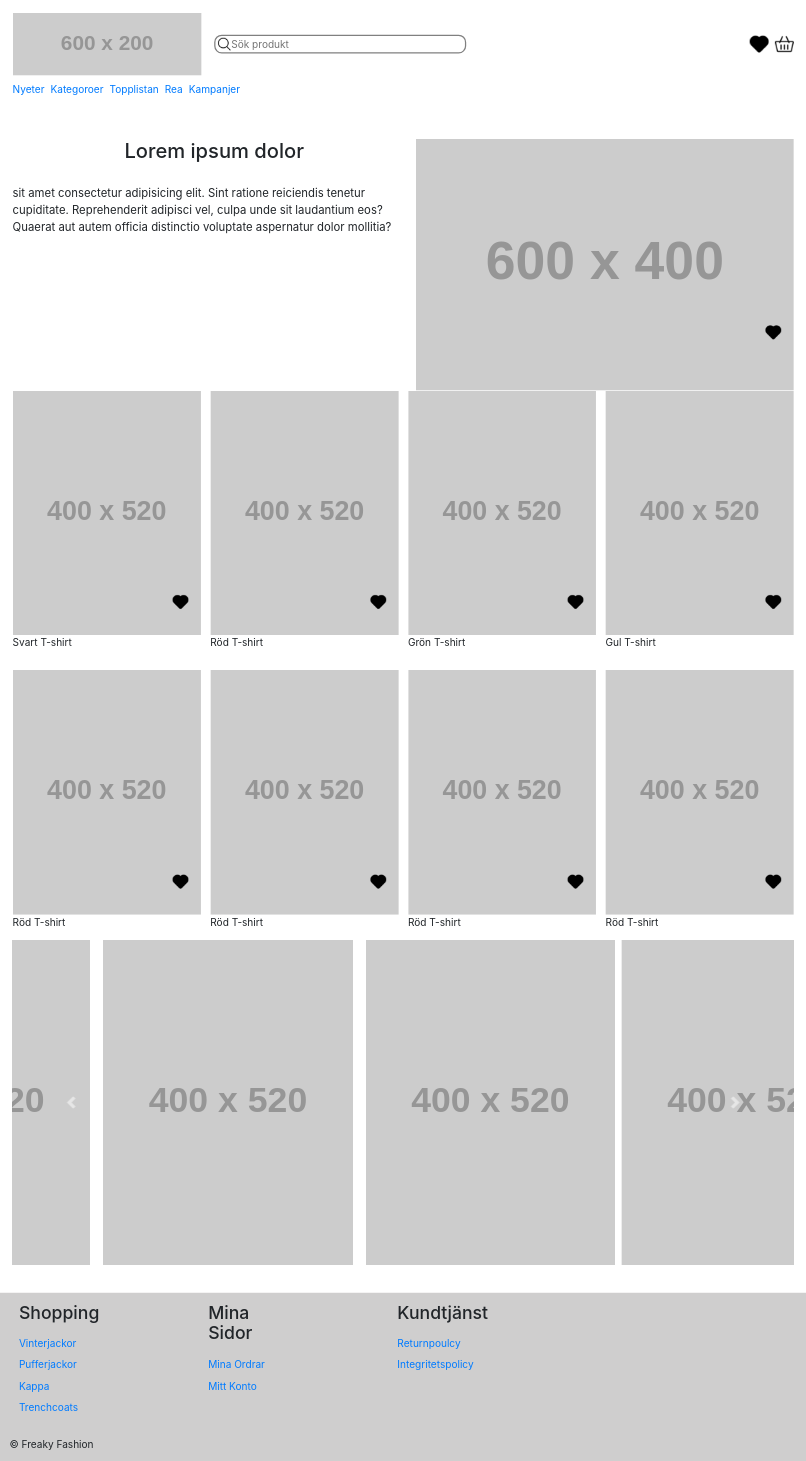
Repository: Kalle1995/project
Page: index.html
These files come from the project's save history. The page is drawn as it stood at one moment and after a run of saves; the edit follows.
The browser window is 1280 px wide. The pictures show the whole page, at 63% of full size.

Above is the page before, as saved 2024-10-06 20:35:29.

### index.html
<!DOCTYPE html>
<html lang="sv">

<head>
  <meta charset="UTF-8" />
  <meta name="viewport" content="width=device-width, initial-scale=1.0" />
  <title>Freaky Fashion</title>

  <link rel="stylesheet" href="main.css" />

  <script src="https://code.jquery.com/jquery-3.7.1.slim.min.js"
    integrity="sha256-kmHvs0B+OpCW5GVHUNjv9rOmY0IvSIRcf7zGUDTDQM8=" crossorigin="anonymous"></script>

  <link rel="stylesheet" href="https://cdn.jsdelivr.net/npm/bootstrap@4.0.0/dist/css/bootstrap.min.css"
    integrity="sha384-Gn5384xqQ1aoWXA+058RXPxPg6fy4IWvTNh0E263XmFcJlSAwiGgFAW/dAiS6JXm" crossorigin="anonymous">

  <script src="https://cdn.jsdelivr.net/npm/bootstrap@4.0.0/dist/js/bootstrap.min.js"
    integrity="sha384-JZR6Spejh4U02d8jOt6vLEHfe/JQGiRRSQQxSfFWpi1MquVdAyjUar5+76PVCmYl"
    crossorigin="anonymous"></script>
</head>

<body>
  <header>
    <section>
      <div class="wholeHead">
        <img src="https://placehold.co/600x200 " alt="icon" class="icon" />

        <div class="searchAndIcons">
          <input type="search" placeholder="Sök produkt" class="search">
          <div class="headIcons">
            <a href="#"><img src="bilder/full heart.png" alt="favourite"></a>
            <a href="#"><img src="bilder/cart.png" alt="cart"></a>
          </div>
        </div>
      </div>

      <!-- jag behöver fixa att man kan sriva och iconen förvinner -->
      <!-- om, jag har div för input typ så den ta hela raden -->

      <div>
        <nav class="NavList">
          <ul>
            <li class=" flex-row nav-list-item"><a href="#">Nyeter</a></li>
            <li class="nav-list-item hide-on-mobile ejnav"><a href="#">Kategoroer</a></li>
            <li class="nav-list-item"><a href="#">Topplistan</a></li>
            <li class="nav-list-item"><a href="#">Rea</a></li>
            <li class="nav-list-item"><a href="#">Kampanjer</a></li>
          </ul>
        </nav>
      </div>

      <!-- <dl> och <dt> använda man i detta falet  -->

    </section>
  </header>

  <main>
    <section class="mid">
      <article>
        <fieldset class="head">
          <img class="head-image" src="https://placehold.co/600x400" alt="" class="loremPic">
          <div>
            <h2 class="head-title">Lorem ipsum dolor</h2>
            <p class="head-text">
              <br>sit amet consectetur adipisicing elit. Sint ratione reiciendis tenetur cupiditate. Reprehenderit
              adipisci
              vel, culpa unde sit laudantium eos? Quaerat aut autem officia distinctio voluptate aspernatur dolor
              mollitia?
            </p>
          </div>
        </fieldset><img class="product-icon" src="bilder/full heart.png" alt="">
      </article>
    </section>
    <section class="products">
      <!-- grid container -->
      <div class="product">
        <img class="product-icon" src="bilder/full heart.png" alt="">
        <img class="product-pic" src="https://placehold.co/400x520/png?text=Black+T-shirt" alt="Svart T-shirt" />
        <p>Svart T-shirt</p>
      </div>

      <div class="product">
        <img class="product-icon" src="bilder/full heart.png" alt="">
        <img class="product-pic" src="https://placehold.co/400x520/png?text=Red+T-shirt" alt="" />
        <p>Röd T-shirt</p>
      </div>

      <div class="product">
        <img class="product-icon" src="bilder/full heart.png" alt="">
        <img class="product-pic" src="https://placehold.co/400x520/png?text=Green+T-shirt" alt="" />
        <p>Grön T-shirt</p>
      </div>

      <div class="product">
        <img class="product-icon" src="bilder/full heart.png" alt="">
        <img class="product-pic" src="https://placehold.co/400x520/png?text=Gul+T-shirt" alt="" />
        <p>Gul T-shirt</p>

      </div>

      <div class="product">
        <img class="product-icon" src="bilder/full heart.png" alt="">
        <img class="product-pic" src="https://placehold.co/400x520/png?text=Red+T-shirt" alt="">
        <p>Röd T-shirt</p>
      </div>

      <div class="product">
        <img class="product-icon" src="bilder/full heart.png" alt="">
        <img class="product-pic" src="https://placehold.co/400x520/png?text=Red+T-shirt" alt="">
        <p>Röd T-shirt</p>
      </div>

      <div class="product">
        <img class="product-icon" src="bilder/full heart.png" alt="">
        <img class="product-pic" src="https://placehold.co/400x520/png?text=Red+T-shirt" alt="">
        <p>Röd T-shirt</p>
      </div>

      <div class="product">
        <img class="product-icon" src="bilder/full heart.png" alt="">
        <img class="product-pic" src="https://placehold.co/400x520/png?text=Red+T-shirt" alt="">
        <p>Röd T-shirt</p>
      </div>
    </section>

    <div id="carouselExampleControls" class="carousel slide" data-ride="carousel">
      <div class="carousel-inner">
        <div class="carousel-item active">
          <div class="slide-item">
            <img class="slide-image" src="https://placehold.co/400x520/png?text=Red+T-shirt" alt="First slide">
            <img class="slide-image" src="https://placehold.co/400x520/png?text=Red+T-shirt" alt="Third slide">
            <img class="slide-image" src="https://placehold.co/400x520/png?text=Red+T-shirt" alt="Second slide">
          </div>
        </div>
        <div class="carousel-item">
          <div class="slide-item">
            <img class="slide-image" src="https://placehold.co/400x520/png?text=Red+T-shirt" alt="First slide">
            <img class="slide-image" src="https://placehold.co/400x520/png?text=Red+T-shirt" alt="Third slide">
            <img class="slide-image" src="https://placehold.co/400x520/png?text=Red+T-shirt" alt="Second slide">
          </div>
        </div>
        <div class="carousel-item">
          <div class="slide-item">
            <img class="slide-image" src="https://placehold.co/400x520/png?text=Red+T-shirt" alt="First slide">
            <img class="slide-image" src="https://placehold.co/400x520/png?text=Red+T-shirt" alt="Third slide">
          </div>
        </div>
      </div>
      <a class="carousel-control-prev" href="#carouselExampleControls" role="button" data-slide="prev">
        <span class="carousel-control-prev-icon" aria-hidden="true"></span>
        <span class="sr-only">Previous</span>
      </a>
      <a class="carousel-control-next" href="#carouselExampleControls" role="button" data-slide="next">
        <span class="carousel-control-next-icon" aria-hidden="true"></span>
        <span class="sr-only">Next</span>
      </a>
    </div>
  </main>

  <br>

  <footer class="normal-footer">
    <div class="list-container">
      <div class="list">
        <h3>Shopping</h3>
        <li>
          <ul><a href="#">Vinterjackor</a></ul>
          <ul><a href="#">Pufferjackor</a></ul>
          <ul><a href="#">Kappa</a></ul>
          <ul><a href="#">Trenchcoats</a></ul>
        </li>
      </div>

      <div class="list">
        <h3>Mina Sidor</h3>
        <li>
          <ul><a href="#">Mina Ordrar</a></ul>
          <ul><a href="#">Mitt Konto</a></ul>
        </li>
      </div>

      <div class="list">
        <h3>Kundtjänst</h3>
        <li>
          <ul><a href="#">Returnpoulcy</a></ul>
          <ul><a href="#">Integritetspolicy</a></ul>
        </li>
      </div>
    </div>

    <div class="Company">&copy; Freaky Fashion</div>
  </footer>

  <footer class="small-footer">
    <div class="accordion accordion-flush" id="accordionFlushExample">
      <div class="accordion-item">
        <h2 class="accordion-header" id="flush-headingOne">
          <button class="accordion-button collapsed" type="button" data-bs-toggle="collapse"
            data-bs-target="#flush-collapseOne" aria-expanded="false" aria-controls="flush-collapseOne">
            Accordion Item #1
          </button>
        </h2>
        <div id="flush-collapseOne" class="accordion-collapse collapse" aria-labelledby="flush-headingOne"
          data-bs-parent="#accordionFlushExample">
          <div class="accordion-body">Placeholder content for this accordion, which is intended to demonstrate the
            <code>.accordion-flush</code> class. This is the first item's accordion body.</div>
        </div>
      </div>
      <div class="accordion-item">
        <h2 class="accordion-header" id="flush-headingTwo">
          <button class="accordion-button collapsed" type="button" data-bs-toggle="collapse"
            data-bs-target="#flush-collapseTwo" aria-expanded="false" aria-controls="flush-collapseTwo">
            Accordion Item #2
          </button>
        </h2>
        <div id="flush-collapseTwo" class="accordion-collapse collapse" aria-labelledby="flush-headingTwo"
          data-bs-parent="#accordionFlushExample">
          <div class="accordion-body">Placeholder content for this accordion, which is intended to demonstrate the
            <code>.accordion-flush</code> class. This is the second item's accordion body. Let's imagine this being
            filled with some actual content.</div>
        </div>
      </div>
      <div class="accordion-item">
        <h2 class="accordion-header" id="flush-headingThree">
          <button class="accordion-button collapsed" type="button" data-bs-toggle="collapse"
            data-bs-target="#flush-collapseThree" aria-expanded="false" aria-controls="flush-collapseThree">
            Accordion Item #3
          </button>
        </h2>
        <div id="flush-collapseThree" class="accordion-collapse collapse" aria-labelledby="flush-headingThree"
          data-bs-parent="#accordionFlushExample">
          <div class="accordion-body">Placeholder content for this accordion, which is intended to demonstrate the
            <code>.accordion-flush</code> class. This is the third item's accordion body. Nothing more exciting
            happening here in terms of content, but just filling up the space to make it look, at least at first glance,
            a bit more representative of how this would look in a real-world application.</div>
        </div>
      </div>
    </div>
  </footer>
</body>

</html>

### main.css
body {
    font-size: 2em;
    display: grid;
}


.head-title {
    text-align: center;
}

.products {
    display: grid;
    gap: 15px;
}

ul {
    list-style-type: none;
    margin: 0;
    padding: 0;

}

.search {
    border: 2px solid gray;
    border-radius: 12px;
    padding: 5px;
    display: inline;
    background-image: url(bilder/search.png);
    background-repeat: no-repeat;
    background-position: 4px;
    padding-left: 25px;

}

.NavList {
    padding-bottom: 10px;
    padding-top: 10px;

}

.hide-on-mobile {
    display: none;
}

.nav-list-item {
    a {
        text-decoration: none;
    }
}

.product {
    position: relative;
}

.product-icon {
    right: 20px;
    bottom: 80px;
    position: absolute;
}

.product-pic {
    width: 100%;
    height: auto;
}

.head {
    display: flex;
    flex-direction: column;
}

.head-image {
    width: 100%;
}

.wholeHead {
    display: flex;
    flex-direction: row;
}

.searchAndIcons {
    width: 100%;
    display: flex;
    flex-direction: row;
    margin: auto 0 auto 20px;
}

.search {
    height: 30px;
    width: 100%;
    max-width: 400px;
    margin-right: 10px;
}

.headIcons {
    display: flex;
    gap: 10px;
    margin-right: 0;
    margin-left: auto;

    img {
        height: 30px;
    }
}

.icon {
    width: 300px;
}

.small-footer {
    display: none;
}

header {
    padding: 20px;
}

main {
    padding: 20px;
}


@media (max-width: 640px) {
    .mid {
        position: relative;
        display: block;
        font-size: medium;
    }

    li {
        margin-bottom: 3px;
    }

    .icon {
        width: 100%;
    }

    .wholeHead {
        flex-direction: column;
    }

    .search {
        height: 35px;
        width: 100%;
        max-width: 400px;
    }

    .headIcons {
        img {
            height: 35px;
        }
    }

    .searchAndIcons {
        margin-top: 10px;
        margin-left: 0;
    }

    .small-footer {
        display: block;
    }

    .normal-footer {
        display: none;
    }
}

@media (min-width: 640px) {
    .products {
        grid-template-columns: repeat(2, 1fr);
    }

    .mid {
        position: relative;
        display: block;
        font-size: large;
    }

    li {
        display: inline;
        margin-right: 5px;
    }
}

body {
    font-size: 1.5em;
}

@media (min-width: 1024px) {
    .products {
        grid-template-columns: repeat(4, 1fr);
    }

    body {
        font-size: 1em;
    }

    .listan {
        display: flex;
    }

    li {
        display: inline;
        margin-right: 5px;
    }

    .hide-on-mobile {
        display: inline-block;
    }

    .head {
        flex-direction: row-reverse;
    }
}





/*
    @media (max-width:1024px) {
        .ejnav {
            display: none;
        }

      }
*/



/*
      @media print {
        body {
            font-size: 4em;
        }
        img {
            display: none;
        }
      }
*/



/*
här för Nyproduckt sidan
*/


.slide-item {
    display: flex;
    flex-direction: row;
    gap: 20px
}

.slide-image {
    width: 32%;
}

header>h3 {
    position: absolute;
    left: 10px;
    bottom: auto;
}

.vänster {
    display: grid;
    grid-template-rows: 100%;
    background-color: gray;
}

.w-100 {
    width: 100%;
}

.liggTill {
    hero-text button: hover
}


/*
kassa sidan
*/

.kassa {
    text-align: center;

}






.buy>button {
    display: grid;
    align-items: center;
    width: 80px;
    height: 30px;
    background-color: rgb(255, 255, 255);
    margin-left: 50%;
    font-weight: bold;
    border-radius: 10px;

}



.custom.btn-success {
    color: red;
}

.no-space {
    margin: 0;
    padding: 0;
    border: none;
    border-top: 1px solid black;
    /* Valfri färg eller stil på linjen */
}


body {
    padding: 0;
}

.normal-footer {
    padding: 15px;
    background-color: rgb(207, 206, 206)
}

.list-container {
    display: inline-flex;
    justify-content: space-between;
    /* Ser till att listorna sprids ut jämnt */
    gap: 150px;
    /* Mellanrum mellan listorna */
}

.list {
    flex: 1;
    /* Gör att listorna tar upp lika mycket plats */
    padding-left: 15px;
}

.list h3 {
    margin-bottom: 20px;
}

.list li {
    list-style-type: none;
    /* ingen punkter i listan */
    padding: 0;
}

.list li ul {
    margin-bottom: 10px;
}




/*
Administration
*/

.AD {
    width: 115%;
    padding-left: 15px;
    margin-left: -25px;
    margin-top: -25px;
    float: left;
    font-style: normal;
    background-color: rgb(0, 0, 0);
    position: relative;
    display: flex;
    color: white;
}

.PR {
    background-color: rgb(209, 209, 208);
    height: auto;
    margin-left: -25px;
    padding-left: 20px;
    margin-right: auto;
    padding-right: 70px;
    padding-top: 15px;
    font-weight: bold;
    position: relative;
}

.AR {
    position: relative;
    ;
    left: 200px;
    top: -40px;

}













/*

.Company{
    text-align: center;
    bottom: auto;
}

After the next 2 saves:
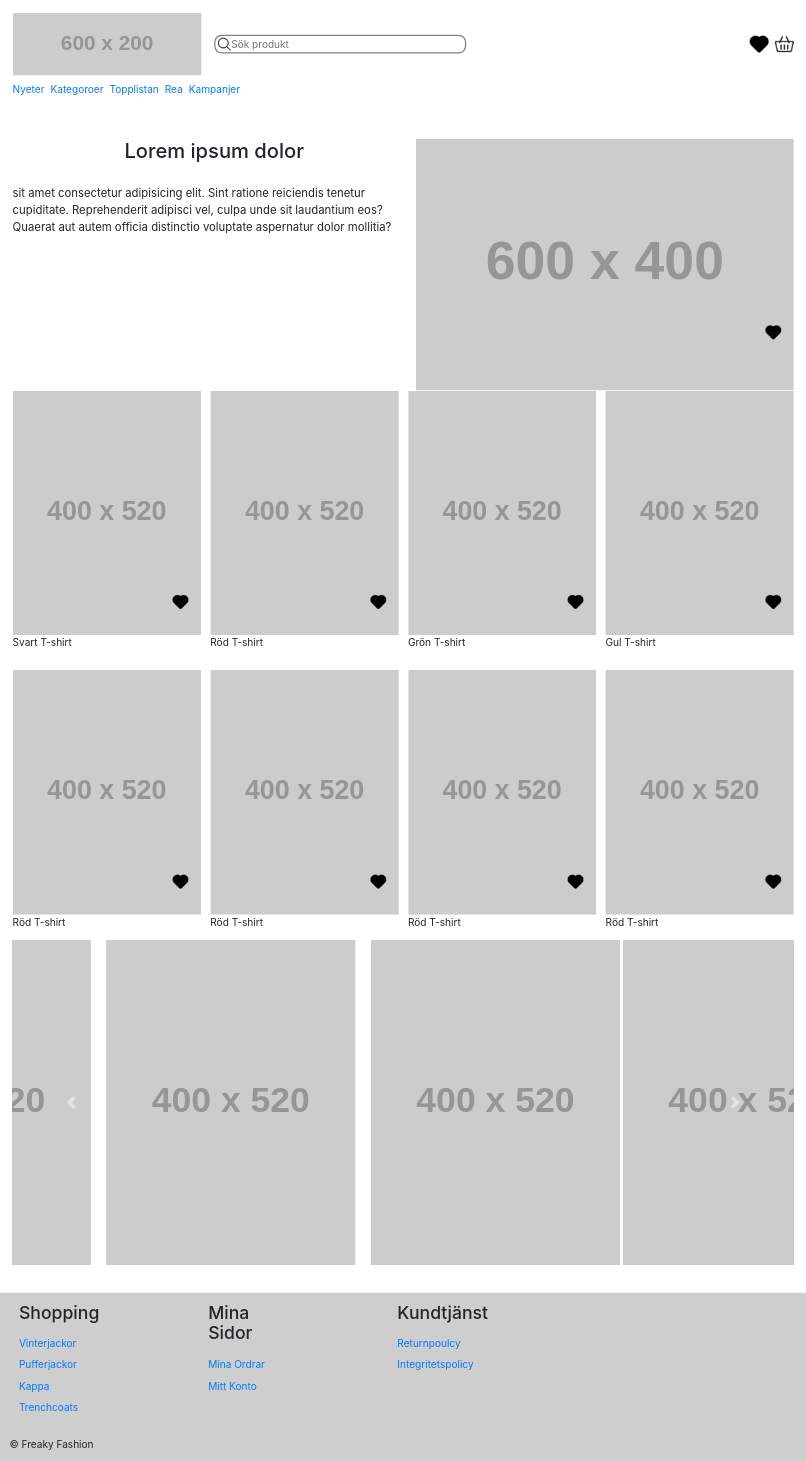
The 2 saves are shown as one change because they came seconds apart.
The last was saved 71 s later.
--- a/main.css
+++ b/main.css
@@ -253,6 +253,7 @@ här för Nyproduckt sidan
 
 .slide-image {
     width: 32%;
+    margin: auto;
 }
 
 header>h3 {
